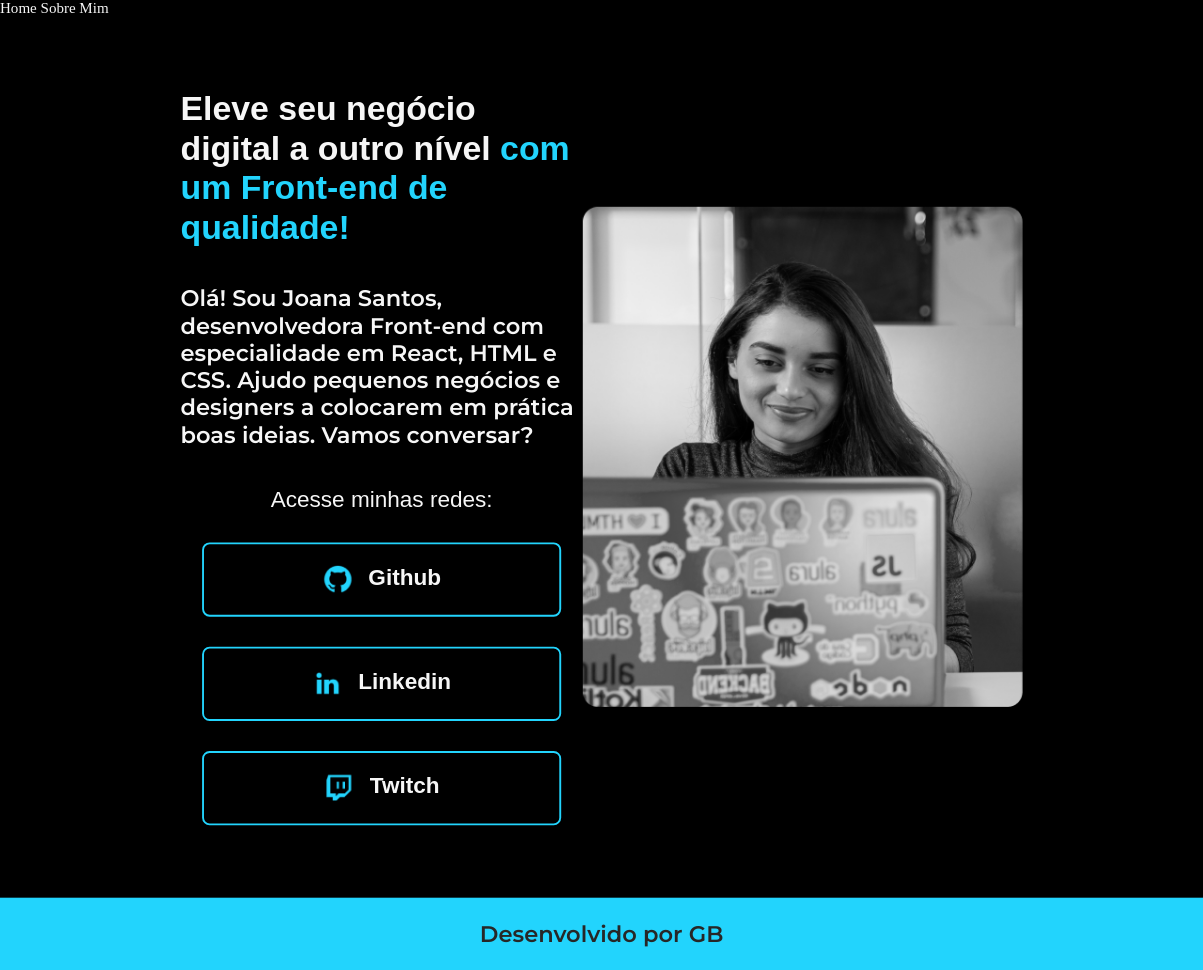
Repository: YoungAkira/CursoHtmlCss
Page: index.html
The author's editor kept a copy of each file at every save. The page is drawn from the files as they stood at one save, then again after the next save.
The browser window is 1280 px wide. The pictures show the whole page, at 94% of full size.
Some web fonts or font styles are not loaded; a fallback is used.

Above is the page before, as saved 2023-05-15 11:51:00.

After the next save:
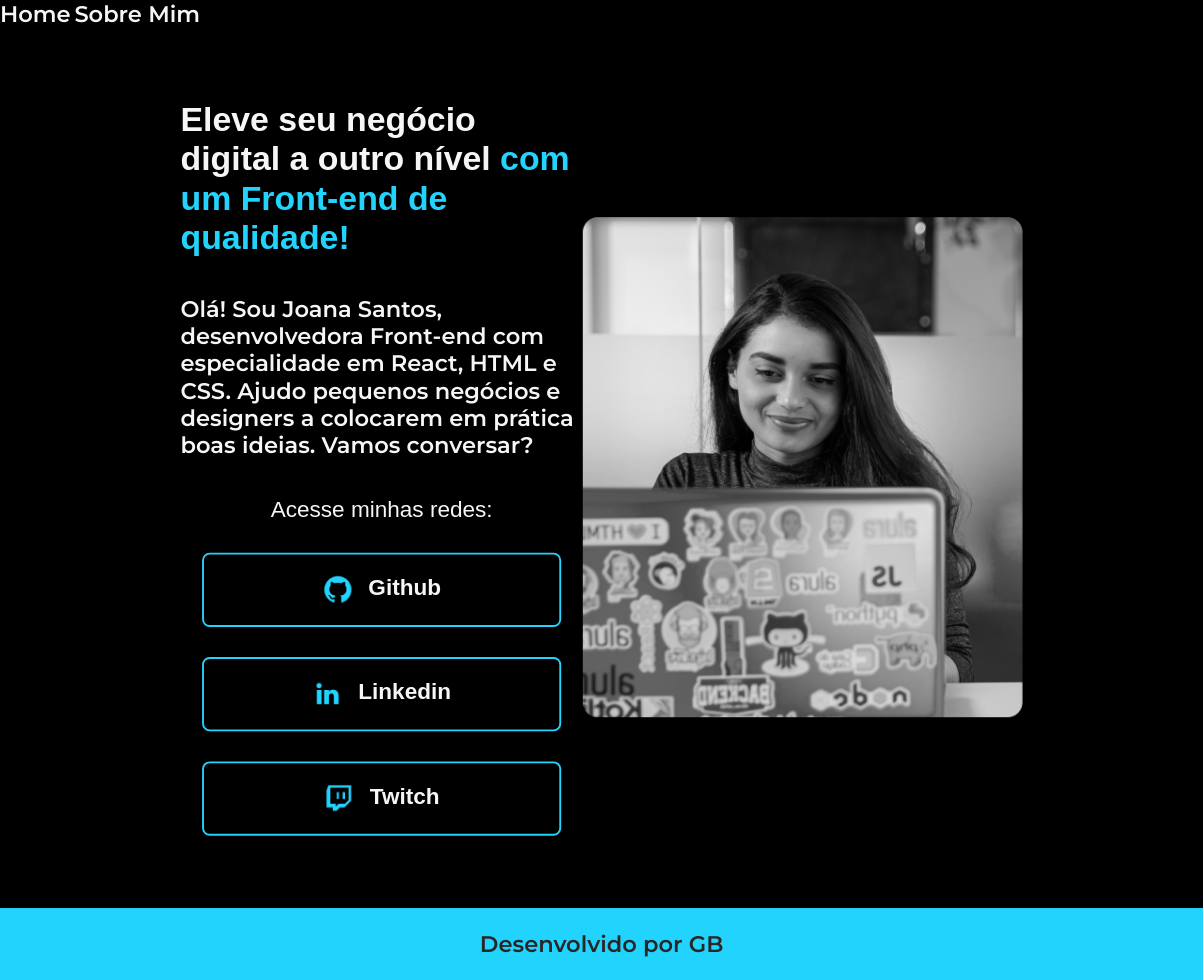
Saved 2 min 24 s later.
--- a/style.css
+++ b/style.css
@@ -10,6 +10,13 @@ body {
     background-color: black;
     box-sizing: border-box;
     color: #F6F6F6;
+}
+
+
+.cabecalho_menu_link{
+    font-family: 'Montserrat',sans-serif;
+    font-size: 24px;
+    font-weight: 600;
 }
 
 
